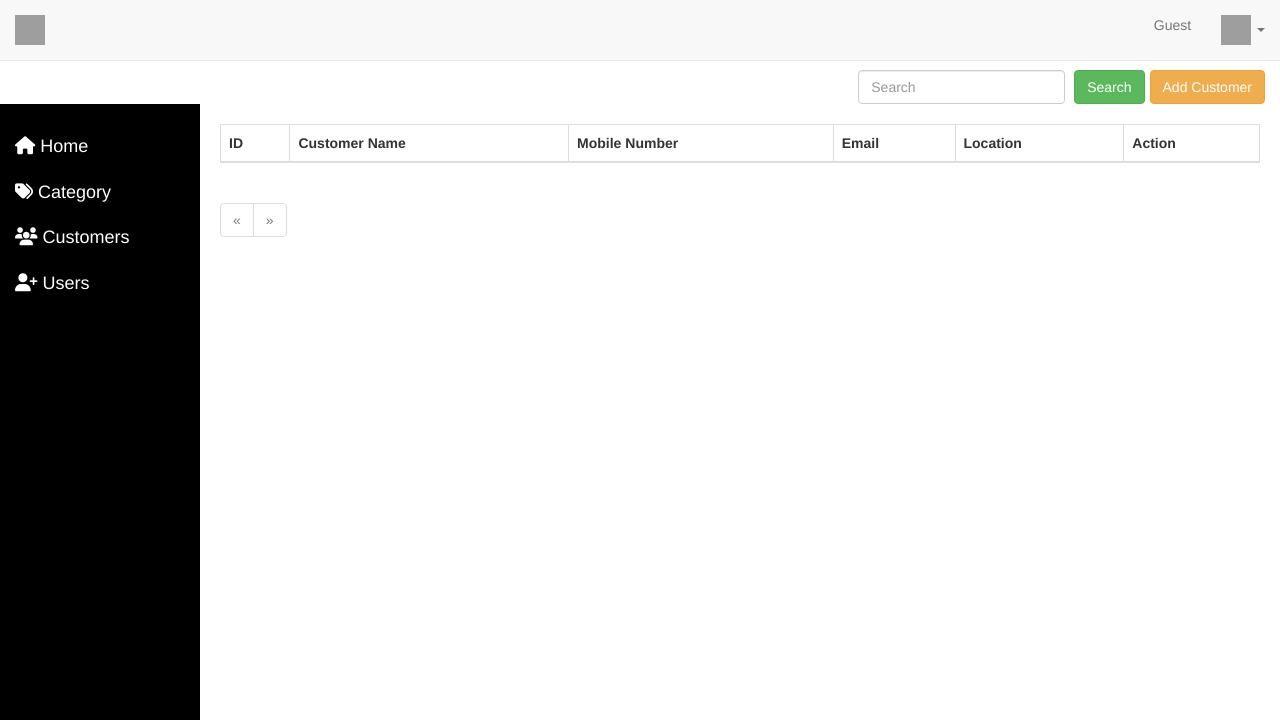
Repository: Nireshkumar24/CRM
Page: http://localhost/adduser
The author's editor kept a copy of each file at every save. The page is drawn from the files as they stood at one save, then again after the next save.
The browser window is 1280 px wide. The pictures show the whole page.
Pictures or frames that could not be fetched are drawn as grey boxes. The page is served by the project's application, run on Flask 3 (app.py). Queries for data that is not in the repository find no rows.

Above is the page before, as saved 2024-05-23 11:47:06.
Console error: ReferenceError: $ is not defined

### templates/adduser.html
<!DOCTYPE html>
<html lang="en">

<head>
    <meta charset="UTF-8">
    <meta name="viewport" content="width=device-width, initial-scale=1.0">
    <title>Adduser</title>
    <!-- Bootstrap 3.3.7 CSS -->
    <link rel="stylesheet" href="https://cdn.jsdelivr.net/npm/bootstrap@3.3.7/dist/css/bootstrap.min.css">
    <link href="https://fonts.googleapis.com/css?family=Roboto&display=swap" rel="stylesheet">
    <link rel="stylesheet" href="https://cdnjs.cloudflare.com/ajax/libs/font-awesome/6.2.0/css/all.min.css">

    <style>
        .profile-dropdown-toggle::after {
            display: none;
        }

        .side-nav {
            height: 100vh;
            width: 200px;
            position: fixed;
            z-index: 1;
            left: 0;
            background-color: #000;
            overflow-x: hidden;
            padding-top: 20px;
        }

        .side-nav a {
            padding: 10px 15px;
            text-decoration: none;
            font-size: 18px;
            color: white;
            display: block;
            transition: 0.3s;
        }

        .side-nav a:hover {
            color: #f1f1f1;
            background-color: #575757;
        }

        .content {
            margin-left: 200px;
            padding: 20px;
        }

        @media (max-width: 768px) {
            .side-nav {
                width: 105px;
                min-height: 50%;
                max-height: 100%;

            }

            .content {
                margin-left: 110px;
            }

            .navbar-header {
                float: left;
            }

            .navbar-collapse.collapse {
                display: block !important;
                height: auto !important;
                padding-bottom: 0;
                overflow: visible !important;
            }

            .navbar-nav>li {
                display: inline-block;
            }

            .navbar-nav {
                float: none;
                /* text-align: center; */
                text-align: right;
            }


            .navbar-right .dropdown-menu {
                right: 0;
                left: auto;
            }

            .navbar-toggle {
                display: none;
            }


            .navbar-brand img {
                max-width: 100%;
                height: auto;
            }

            @media (max-width: 768px) {
                .form-inline.text-right {
                    display: flex;
                    align-items: center;
                    justify-content: center;
                }

                .form-inline.text-right .form-control {
                    flex-grow: 1;
                }

                .form-inline.text-right .btn {
                    margin-left: 10px;
                }

                .content {
                    padding-top: 70px;
                }
            }

            .btn-success {
                background-color: #28a745;
            }


        }
    </style>
</head>

<body>
    <!-- Navbar using Bootstrap 3 structure -->
    <nav class="navbar navbar-default navbar-fixed-top">
        <div class="container-fluid">
            <div class="navbar-header">
                <button type="button" class="navbar-toggle collapsed" data-toggle="collapse"
                    data-target="#navbar-collapse-1" aria-expanded="false">
                    <span class="sr-only">Toggle navigation</span>
                    <span class="icon-bar"></span>
                    <span class="icon-bar"></span>
                    <span class="icon-bar"></span>
                </button>
                <a class="navbar-brand" href="#">
                    <img src="path/to/your/logo.png" width="30" height="30" class="d-inline-block align-top" alt=""
                        loading="lazy">
                </a>
            </div>
            <div class="collapse navbar-collapse" id="navbar-collapse-1">
                <ul class="nav navbar-nav navbar-right">
                    <li><a href="#">{{ session['username'] if 'username' in session else 'Guest' }}</a></li>
                    <li class="dropdown">
                        <a href="#" class="dropdown-toggle" data-toggle="dropdown" role="button" aria-haspopup="true"
                            aria-expanded="false">
                            <img src="path/to/profile/picture.jpg" width="30" height="30" class="rounded-circle"
                                alt="Profile Picture"> <span class="caret"></span>
                        </a>
                        <ul class="dropdown-menu">
                            <li><a href="{{url_for('login')}}">Logout</a></li>
                        </ul>
                    </li>
                </ul>
            </div>
        </div>
    </nav>
    <div class="container-fluid" style="padding-top: 70px;">
        <div class="row">
            <div class="col-md-12" id="search-and-add">
                <form class="form-inline text-right" action="/search_user" method="post">
                    <input type="search" class="form-control" placeholder="Search" name="search"
                        style="margin-right: 5px;">
                    <button type="submit" class="btn btn-success" style="margin-right: 5px;">Search</button>
                    <button type="button" class="btn btn-warning pull-right" data-toggle="modal"
                        data-target="#addCategoryModal">
                        Add Customer
                    </button>
                </form>
            </div>
        </div>
    </div>

    <div class="side-nav">
        <a href="/index"><i class="fa fa-home"></i> Home</a>
        <a href="/addcategory"><i class="fa fa-tags"></i> Category</a>
        <a href="/adduser"><i class="fa fa-users"></i> Customers</a>
        <a href="/createuser"><i class="fa fa-user-plus"></i> Users</a>
    </div>
    <div class="content">
        <table class="table table-striped table-bordered hover">
            <thead class="thead-light">
                <tr>
                    <th>ID</th>
                    <th>Customer Name</th>
                    <th>Mobile Number</th>
                    <th>Email</th>
                    <th>Location</th>
                    <th>Action</th>

                </tr>
            </thead>
            <tbody>



                {% for customer in customers %}

                <tr>
                    <td>{{ customer.id }}</td>
                    <!-- <td>{{ customer.customer_name }}</td> -->
                    <td><a href="{{ url_for('user_profile', user_id=customer.id) }}">{{ customer.customer_name }}</a>
                    </td>

                    <td>{{ customer.mobile_number }}</td>
                    <td>{{ customer.email }}</td>
                    <td>{{ customer.location }}</td>

                    <td>
                        <div class="dropdown">
                            <a href="#" class="dropdown-toggle" data-toggle="dropdown" aria-expanded="false">
                                <span class="glyphicon glyphicon-option-vertical"></span>
                            </a>
                            <ul class="dropdown-menu" role="menu">
                                <li><a href="#" data-toggle="modal"
                                        data-target="#editCustomerModal-{{ customer.id }}">Edit</a></li>
                                <li>
                                    <form action="{{ url_for('delete_customer', id=customer.id) }}" method="post"
                                        onsubmit="return confirm('Are you sure?');">
                                        <button type="submit" class="btn btn-link">Delete</button>
                                    </form>
                                </li>
                            </ul>
                        </div>
                    </td>
                    <td><a href="{{ url_for('user_profile', user_id=customer.id) }}" class="btn btn-success">View
                            Profile</a></td>
                    <td>
                        <button onclick="generateAndShowLink('{{ customer.id }}')" class="btn btn-warning">Generate
                            Upload Link</button>
                    </td>

                    <td><a href="{{ url_for('upload_documents', user_id=customer.id) }}" class="btn btn-primary">Upload
                            Documents</a></td>
                    </td>
                </tr>
                <div class="modal fade" id="editCustomerModal-{{ customer.id }}" tabindex="-1" role="dialog"
                    aria-labelledby="editCustomerLabel-{{ customer.id }}">
                    <!-- Modal content -->
                    <div class="modal-dialog" role="document">
                        <div class="modal-content">
                            <!-- Corrected form action to use 'customer.id' -->
                            <form action="{{ url_for('edit_customer', id=customer.id) }}" method="post">
                                <div class="modal-header">
                                    <h5 class="modal-title">Edit Customer</h5>
                                    <button type="button" class="close" data-dismiss="modal" aria-label="Close">
                                        <span aria-hidden="true">&times;</span>
                                    </button>
                                </div>
                                <div class="modal-body">
                                    <!-- Corrected form fields to use 'customer' -->
                                    <div class="form-group">
                                        <label>Customer Name</label>
                                        <input type="text" name="cname" class="form-control"
                                            value="{{ customer.customer_name }}" required>
                                    </div>
                                    <div class="form-group">
                                        <label>Email</label>
                                        <input type="email" name="email" class="form-control"
                                            value="{{ customer.email }}" required>
                                    </div>
                                    <div class="form-group">
                                        <label>Mobile</label>
                                        <!-- <input type="number" name="mobileNumber" class="form-control"
                                            value="{{ customer.mobile_number }}" required> -->
                                        <input type="tel" class="form-control" id="mobileNumber" name="mobileNumber"
                                            required maxlength="10" pattern="\d{10}"
                                            title="Mobile number must be 10 digits" value="{{customer.mobile_number}}">

                                    </div>
                                    <div class="form-group">
                                        <label>Location</label>
                                        <input type="text" name="location" class="form-control"
                                            value="{{ customer.location }}" required>
                                    </div>
                                    <!-- CSRF token should be added here if you're using Flask-WTF for CSRF protection -->
                                </div>
                                <div class="modal-footer">
                                    <button type="button" class="btn btn-secondary" data-dismiss="modal">Close</button>
                                    <button type="submit" class="btn btn-primary">Save changes</button>
                                </div>
                            </form>
                        </div>
                    </div>
                </div>

                {% endfor %}


            </tbody>
        </table>
        <nav>
            <ul class="pagination">
                <li class="{{ 'disabled' if not pagination.has_prev }}">
                    <a href="{{ url_for('adduser', page=pagination.prev_num) }}" aria-label="Previous">
                        <span aria-hidden="true">&laquo;</span>
                    </a>
                </li>
                {% for page in pagination.iter_pages() %}
                <li class="{{ 'active' if page == pagination.page }}">
                    <a href="{{ url_for('adduser', page=page) }}">{{ page }}</a>
                </li>
                {% endfor %}
                <li class="{{ 'disabled' if not pagination.has_next }}">
                    <a href="{{ url_for('adduser', page=pagination.next_num) }}" aria-label="Next">
                        <span aria-hidden="true">&raquo;</span>
                    </a>
                </li>
            </ul>
        </nav>
    </div>
    <!-- Modal -->

    <div class="modal fade" id="addCategoryModal" tabindex="-1" role="dialog" aria-labelledby="modalLabel"
        aria-hidden="true">
        <div class="modal-dialog" role="document">
            <div class="modal-content">
                <div class="modal-header">
                    <h4 class="modal-title" id="modalLabel">Add Customer</h4>
                    <button type="button" class="close" data-dismiss="modal" aria-label="Close">
                        <span aria-hidden="true">&times;</span>
                    </button>
                </div>

                <div class="modal-body">
                    <form method="post" action="{{ url_for('adduser') }}">
                        <div class="form-group">
                            <label for="customerName">Customer Name</label>
                            <input type="text" class="form-control" id="customerName" required name="cname">
                        </div>
                        <div class="form-group">
                            <label for="email">Email</label>
                            <input type="email" class="form-control" id="email" required name="email">
                        </div>
                        <div class="form-group">
                            <label for="mobileNumber">Mobile Number</label>
                            <!-- <input type="number" class="form-control" id="mobileNumber" required name="mobileNumber"> -->
                            <input type="tel" class="form-control" id="mobileNumber" name="mobileNumber" required
                                maxlength="10" pattern="\d{10}" title="Mobile number must be 10 digits">

                        </div>

                        <div class="form-group">
                            <label for="location">Location</label>
                            <input type="text" class="form-control" id="location" required name="location">
                        </div>

                        <div class="modal-footer">
                            <button type="button" class="btn btn-secondary" data-dismiss="modal">Close</button>
                            <button type="submit" class="btn btn-primary">Save changes</button>
                        </div>
                    </form>
                </div>

            </div>
        </div>
    </div>


    <div class="modal fade " id="linkModal" tabindex="-1" role="dialog" aria-labelledby="linkModalLabel"
        aria-hidden="true">
        <div class="modal-dialog" role="document">
            <div class="modal-content">
                <div class="modal-header">
                    <h5 class="modal-title" id="linkModalLabel">Your Upload Link</h5>
                    <button type="button" class="close" data-dismiss="modal" aria-label="Close">
                        <span aria-hidden="true">&times;</span>
                    </button>
                </div>
                <div class="modal-body " style="display: flex;">
                    <input type="text" class="form-control" id="generatedLink" value="https://example.com" readonly>
                    <button type="button" class="btn btn-primary mt-2" id="copyButton" onclick="copyToClipboard()">
                        Copy Link
                    </button>
                </div>
            </div>
        </div>
    </div>






    <script>
        $(document).ready(function () {
            var navbarHeight = $('.navbar').outerHeight();
            $('.side-nav').css('top', navbarHeight + 'px');
        });

        function generateAndShowLink(userId) {
            fetch(`/generate_link/${userId}`)
                .then(response => {
                    if (!response.ok) {
                        throw new Error('Network response was not ok: ' + response.statusText);
                    }
                    return response.json();
                })
                .then(data => {
                    if (data.link) {
                        document.getElementById('generatedLink').value = data.link; // Set link in input field
                        $('#linkModal').modal('show'); // Display the modal
                    } else {
                        alert('Link generation failed, no link provided.');
                    }
                })
                .catch(error => {
                    console.error('Fetch error:', error);
                    alert('Error generating link: ' + error.message);
                });
        }

        // function copyToClipboard() {
        //     var copyText = document.getElementById("generatedLink");
        //     copyText.select();
        //     copyText.setSelectionRange(0, 99999);
        //     document.execCommand("copy");
        //     alert("Copied to clipboard: " + copyText.value);
        // }
        function copyToClipboard() {
            var copyText = document.getElementById("generatedLink");
            copyText.select();
            document.execCommand("copy");

            var copyButton = document.getElementById("copyButton");
            copyButton.innerHTML = 'Copied <i class="fas fa-check"></i>'; // Assumes FontAwesome is used for icons
            copyButton.classList.add("btn-success"); // Change button color to green
            copyButton.classList.remove("btn-primary");

            setTimeout(function () { // Reset button after 3 seconds
                copyButton.innerHTML = "Copy Link";
                copyButton.classList.add("btn-primary");
                copyButton.classList.remove("btn-success");
            }, 3000);
        }

    </script>
    <script>function validateMobileNumber(input) {
            // Remove any characters that are not digits
            input.value = input.value.replace(/\D/g, '');

            // Limit to 10 digits
            if (input.value.length > 10) {
                input.value = input.value.slice(0, 10);
            }
        }
    </script>

    <!-- Include Bootstrap and jQuery -->
    <script src="https://code.jquery.com/jquery-3.5.1.slim.min.js"></script>
    <!-- <script src="https://cdn.jsdelivr.net/npm/bootstrap@4.5.2/js/bootstrap.min.js"></script> -->
    <!-- jQuery (necessary for Bootstrap's JavaScript plugins) -->
    <script src="https://ajax.googleapis.com/ajax/libs/jquery/1.12.4/jquery.min.js"></script>
    <!-- Include all compiled plugins (below), or include individual files as needed -->
    <script src="https://cdn.jsdelivr.net/npm/bootstrap@3.3.7/dist/js/bootstrap.min.js"></script>
    <!-- <script src="https://ajax.googleapis.com/ajax/libs/jquery/1.12.4/jquery.min.js"></script> -->
    <!-- <script src="https://cdn.jsdelivr.net/npm/bootstrap@3.3.7/dist/js/bootstrap.min.js"></script> -->

</body>

</html>

Loaded but not shown: app.py (707 lines, source omitted)

After the next save:
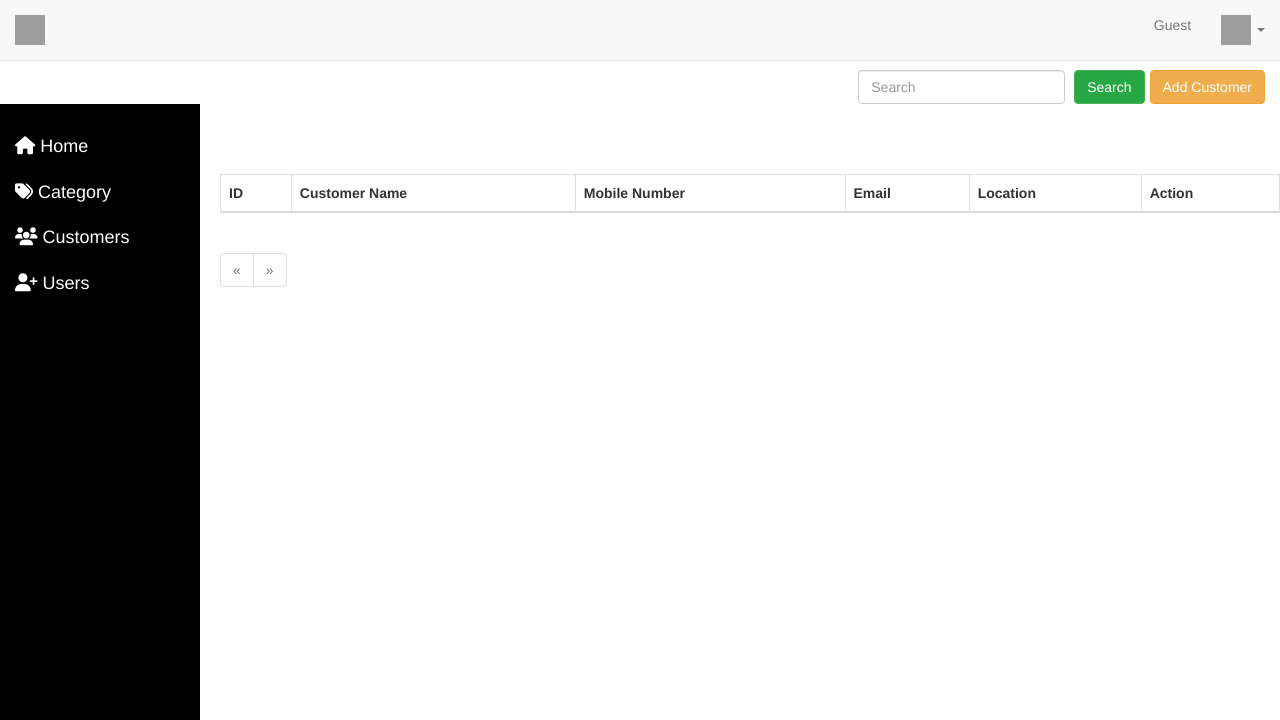
Saved 2 min 23 s later.
--- a/templates/adduser.html
+++ b/templates/adduser.html
@@ -11,7 +11,7 @@
     <link rel="stylesheet" href="https://cdnjs.cloudflare.com/ajax/libs/font-awesome/6.2.0/css/all.min.css">
 
     <style>
-        .profile-dropdown-toggle::after {
+        <style>.profile-dropdown-toggle::after {
             display: none;
         }
 
@@ -41,85 +41,26 @@
         }
 
         .content {
-            margin-left: 200px;
-            padding: 20px;
+            padding-top: 70px;
+            /* Adjusted to accommodate navbar */
+            padding-left: 220px;
+            /* Adjusted to accommodate side-nav */
         }
 
         @media (max-width: 768px) {
             .side-nav {
                 width: 105px;
-                min-height: 50%;
-                max-height: 100%;
-
             }
 
             .content {
-                margin-left: 110px;
+                padding-left: 120px;
             }
-
-            .navbar-header {
-                float: left;
-            }
-
-            .navbar-collapse.collapse {
-                display: block !important;
-                height: auto !important;
-                padding-bottom: 0;
-                overflow: visible !important;
-            }
-
-            .navbar-nav>li {
-                display: inline-block;
-            }
-
-            .navbar-nav {
-                float: none;
-                /* text-align: center; */
-                text-align: right;
-            }
-
-
-            .navbar-right .dropdown-menu {
-                right: 0;
-                left: auto;
-            }
-
-            .navbar-toggle {
-                display: none;
-            }
-
-
-            .navbar-brand img {
-                max-width: 100%;
-                height: auto;
-            }
-
-            @media (max-width: 768px) {
-                .form-inline.text-right {
-                    display: flex;
-                    align-items: center;
-                    justify-content: center;
-                }
-
-                .form-inline.text-right .form-control {
-                    flex-grow: 1;
-                }
-
-                .form-inline.text-right .btn {
-                    margin-left: 10px;
-                }
-
-                .content {
-                    padding-top: 70px;
-                }
-            }
-
-            .btn-success {
-                background-color: #28a745;
-            }
-
-
-        }
+        }
+
+        .btn-success {
+            background-color: #28a745;
+        }
+    </style>
     </style>
 </head>
 
